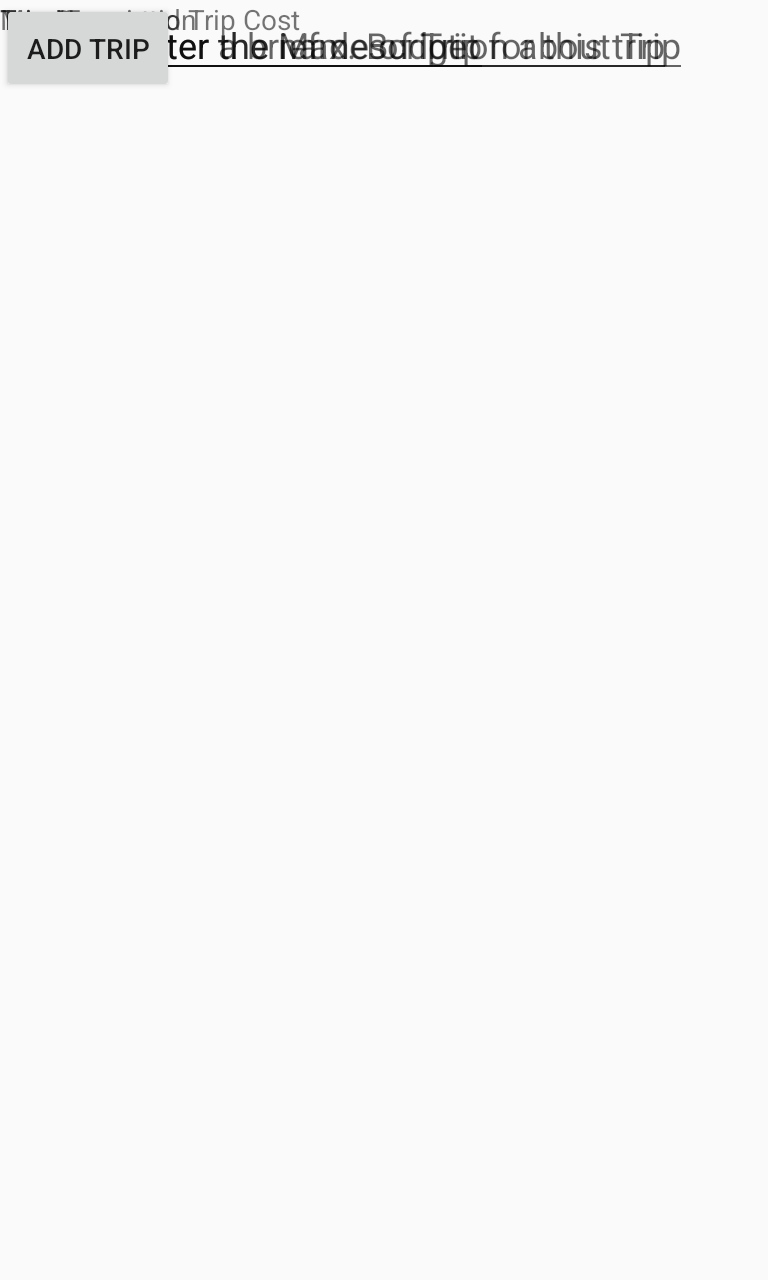
Repository: bandikishores/ShareMyTrip
Layout: ShareMyTrip/res/layout/activity_add_trip.xml
These files come from the project's save history. The layout is drawn as it stood at one moment and after the next save; the edit follows.
It is drawn on a 768 x 1280 px phone screen (xhdpi) without system bars, with theme AppTheme; the app's code is not run.

Above is the layout before, as saved 2014-12-25 13:58:19.

### ShareMyTrip/res/layout/activity_add_trip.xml
<RelativeLayout xmlns:android="http://schemas.android.com/apk/res/android"
    xmlns:tools="http://schemas.android.com/tools"
    android:layout_width="match_parent"
    android:layout_height="match_parent"
    tools:context="${relativePackage}.${activityClass}" >

    <!-- <TextView
        android:layout_width="wrap_content"
        android:layout_height="wrap_content"
        android:text="@string/Add a New Trip" /> -->

    <TextView
        android:layout_width="wrap_content"
        android:layout_height="wrap_content"
        android:text="@string/trip_name" />

    <EditText android:inputType="text"
        android:layout_width="wrap_content"
        android:layout_height="wrap_content"
        android:hint="@string/enter_trip_name"
        android:maxLength="50"
        android:id="@+id/tripNameEntered"
        />

    <TextView
        android:layout_width="wrap_content"
        android:layout_height="wrap_content"
        android:text="@string/trip_desc" />

    <EditText android:inputType="textAutoCorrect|textAutoComplete|textCapSentences|textLongMessage|textMultiLine"
        android:layout_width="wrap_content"
        android:layout_height="wrap_content"
        android:hint="@string/enter_trip_desc"
        android:maxLength="500"
        android:id="@+id/tripDescEntered"
        />

    <TextView
        android:layout_width="wrap_content"
        android:layout_height="wrap_content"
        android:text="@string/est_trip_cost" />

    <EditText android:inputType="numberDecimal"
        android:layout_width="wrap_content"
        android:layout_height="wrap_content"
        android:hint="@string/enter_est_trip_cost"
        android:maxLength="15"
        android:id="@+id/estTripCostEntered"
        />

     <Button
         android:id="@+id/add"
         android:layout_width="wrap_content"
         android:layout_height="wrap_content"
         android:text="@string/add_trip"
         android:onClick="addTrip"/>


</RelativeLayout>

### ShareMyTrip/res/values/strings.xml
<?xml version="1.0" encoding="utf-8"?>
<resources>

    <string name="app_name">Share My Trip</string>
    <string name="title_section1">All Trips</string>
    <string name="title_section2">Section 2</string>
    <string name="title_section3">Section 3</string>
    <string name="navigation_drawer_open">Open navigation drawer</string>
    <string name="navigation_drawer_close">Close navigation drawer</string>
    <string name="action_example">Example action</string>
    <string name="action_settings">Settings</string>
    <string name="hello">hello</string>
    <string name="title_activity_trip">TripActivity</string>
    <string name="hello_world">Hello world!</string>
    <string name="title_activity_add_trip">Add a New Trip</string>
    <string name="trip_name">Trip Name</string>
    <string name="enter_trip_name">Please Enter the name of Trip</string>
    <string name="enter_trip_desc">Please Enter a brief description about Trip</string>
    <string name="trip_desc">Trip Description</string>
    <string name="est_trip_cost">Max/Expected Trip Cost</string>
    <string name="enter_est_trip_cost">Please Enter the Max. Budget for this trip</string>
	<string name="add_trip">Add Trip</string>

</resources>

Loaded but not shown: ShareMyTrip/res/values/styles.xml (common file); ShareMyTrip/res/values-v11/styles.xml (common file); ShareMyTrip/res/values-v14/styles.xml (common file)

After the next save:
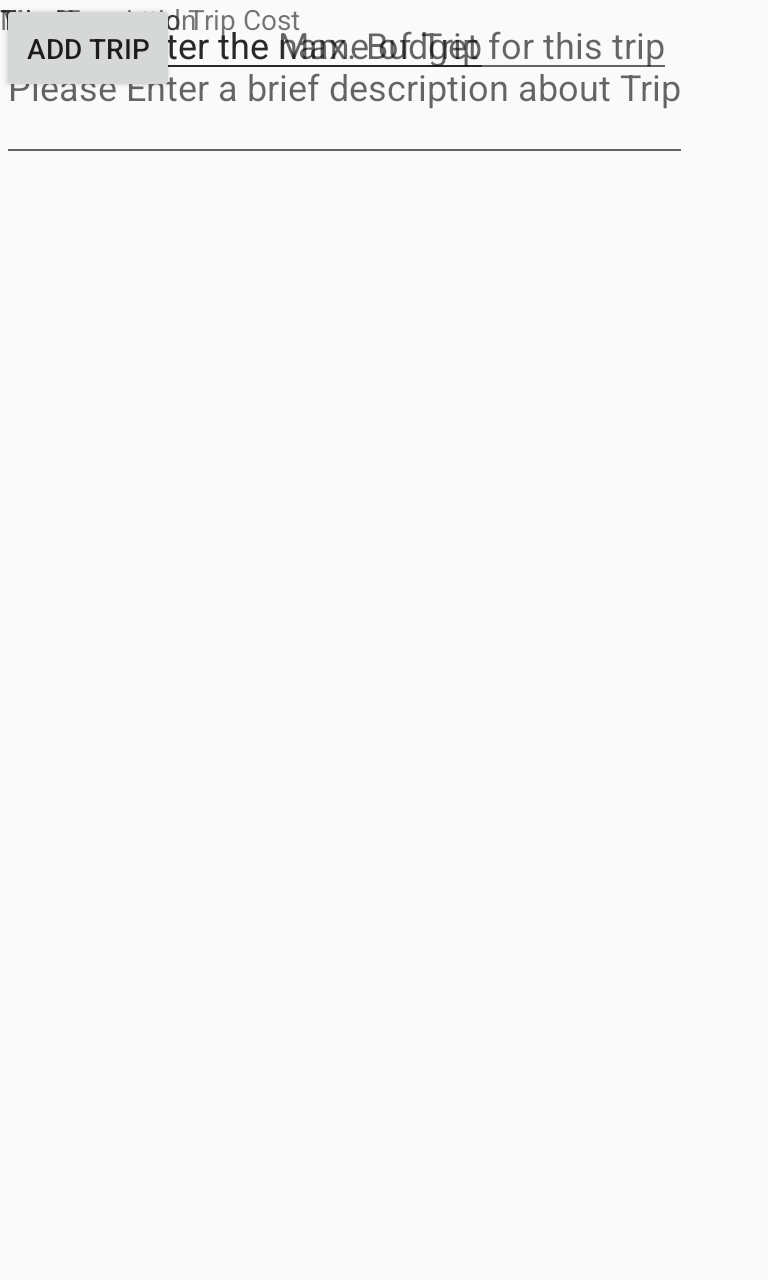
Saved 59 s later.
--- a/ShareMyTrip/res/layout/activity_add_trip.xml
+++ b/ShareMyTrip/res/layout/activity_add_trip.xml
@@ -28,6 +28,7 @@
         android:text="@string/trip_desc" />
 
     <EditText android:inputType="textAutoCorrect|textAutoComplete|textCapSentences|textLongMessage|textMultiLine"
+        android:lines="3"
         android:layout_width="wrap_content"
         android:layout_height="wrap_content"
         android:hint="@string/enter_trip_desc"
